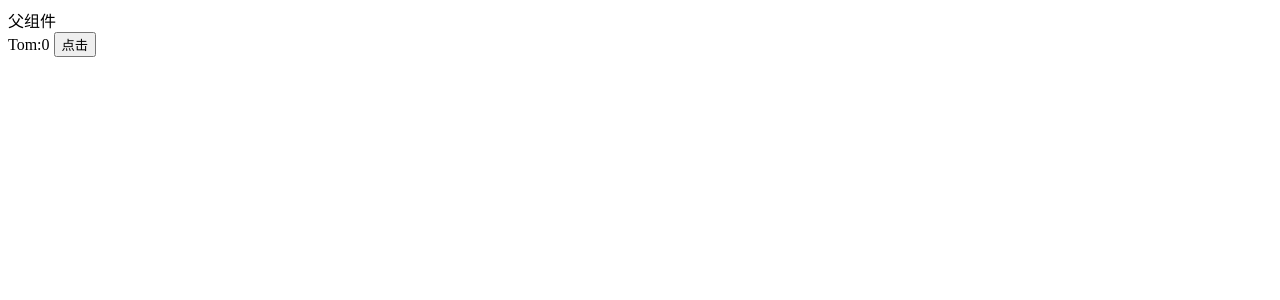
Repository: chenguocan/Vue_component
Page: 非父组件间的传值.html
The author's editor kept a copy of each file at every save. The page is drawn from the files as they stood at one save, then again after the next save.
The browser window is 1280 px wide. The pictures show the whole page.

Above is the page before, as saved 2020-07-23 16:27:46.

After the next save:
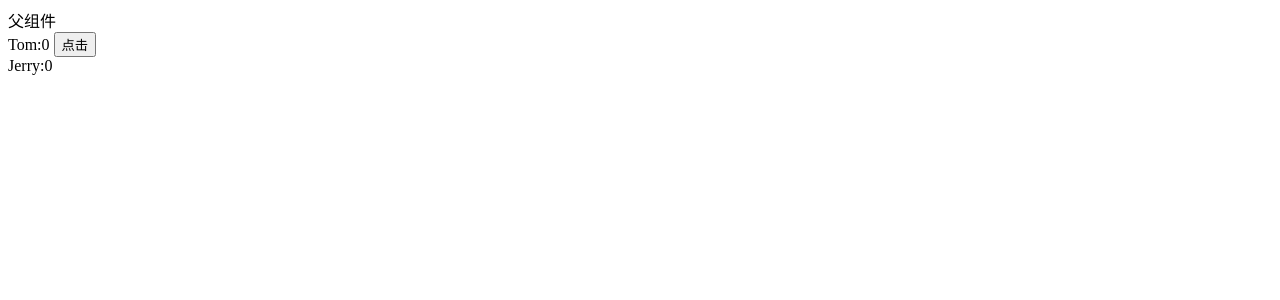
Saved 26 s later.
--- a/非父组件间的传值.html
+++ b/非父组件间的传值.html
@@ -9,6 +9,7 @@
     <div id="app">
       <div>{{parent}}</div>
       <hello-tom></hello-tom>
+      <hello-jerry></hello-jerry>
     </div>
   </body>
   <script src="./js/vue.js"></script>
@@ -21,7 +22,8 @@
         };
       },
       template: `
-           <div>{{name+":"+count}}   <button>点击</button></div>
+           <div>{{name+":"+count}}
+            <button>点击</button></div>
 
            `,
     });
